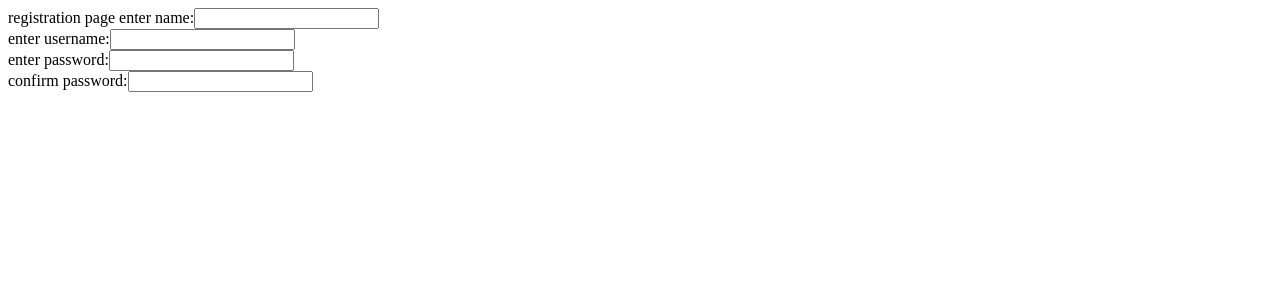
Repository: vishnushelke/LoginPage
Page: http://localhost/MyLoginPage/register.jsp
An editor plug-in stored every save of this project. The page is shown before and after the next save, followed by the edit.
The browser window is 1280 px wide. The pictures show the whole page.
The page is served by Tomcat 9.

Above is the page before, as saved 2019-10-10 04:11:35.

After the next save:
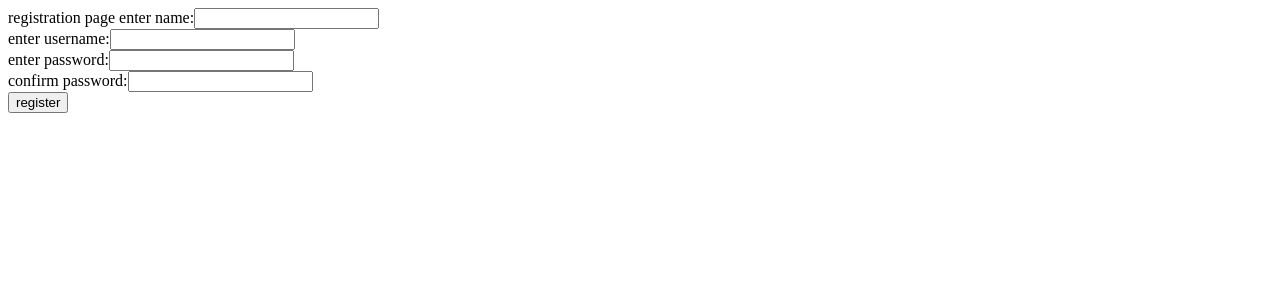
Saved 80 s later.
--- a/MyLoginPage/WebContent/register.jsp
+++ b/MyLoginPage/WebContent/register.jsp
@@ -13,6 +13,7 @@ enter name:<input type="text" name="name"><br>
 enter username:<input type="text" name="username"><br>
 enter password:<input type="text" name="password"><br>
 confirm password:<input type="text" name="confirm_password"><br>
+<input type="submit" value="register">
 </body>
 </form>
 </html>
